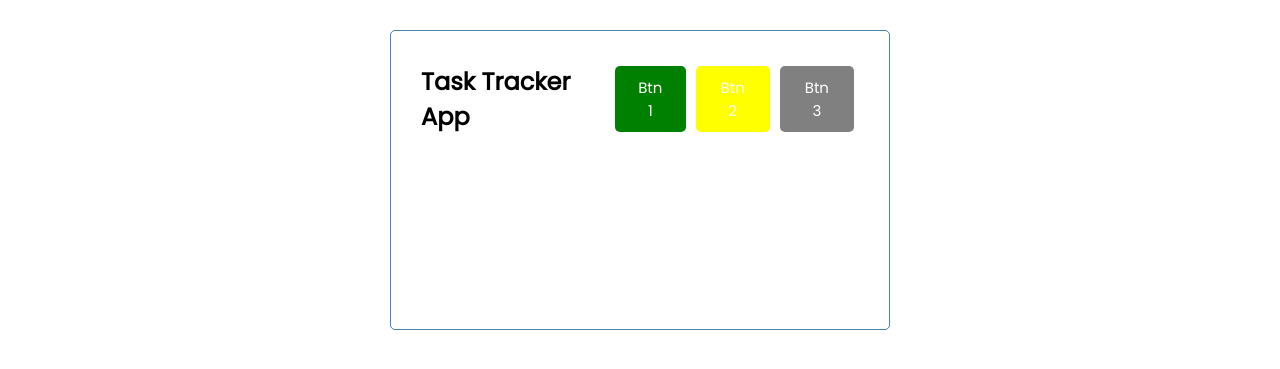
Repository: feyroozecode/task_tracker
Page: /
These files come from the project's save history. The page is drawn as it stood at one moment and after the next save; the edit follows.
The browser window is 1280 px wide. The pictures show the whole page.
The project was rebuilt for these pictures with package versions that can differ from the ones it lists, and the page was loaded fresh each time.

Above is the page before, as saved 2023-10-19 16:56:59.

After the next save:
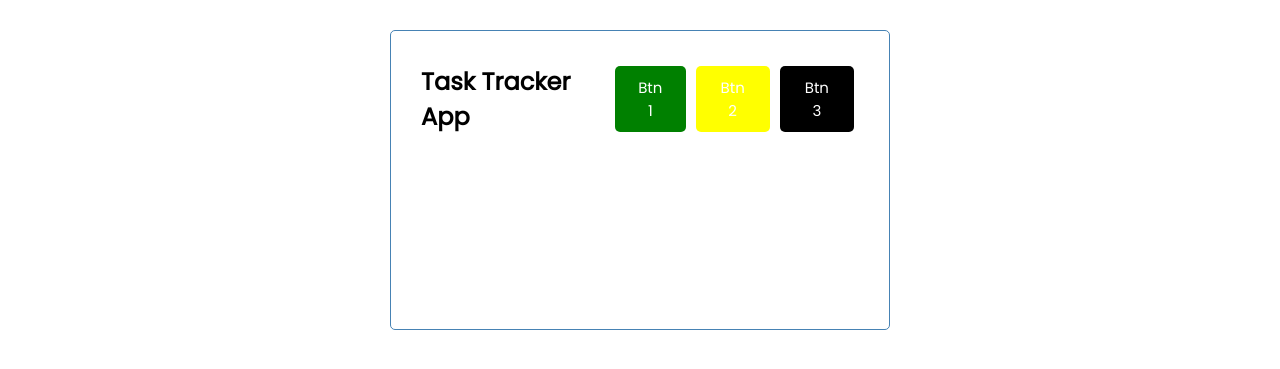
Saved 27 s later.
--- a/src/components/Header.js
+++ b/src/components/Header.js
@@ -7,7 +7,7 @@ const Header = ({ title }) => {
             <h2 > { title } </h2>
             <AddButton color='green' text='Btn 1' />
             <AddButton color='yellow' text='Btn 2' />
-            <AddButton color='gray' text='Btn 3' />
+            <AddButton color='g' text='Btn 3' />
         </header>
     )
 }
